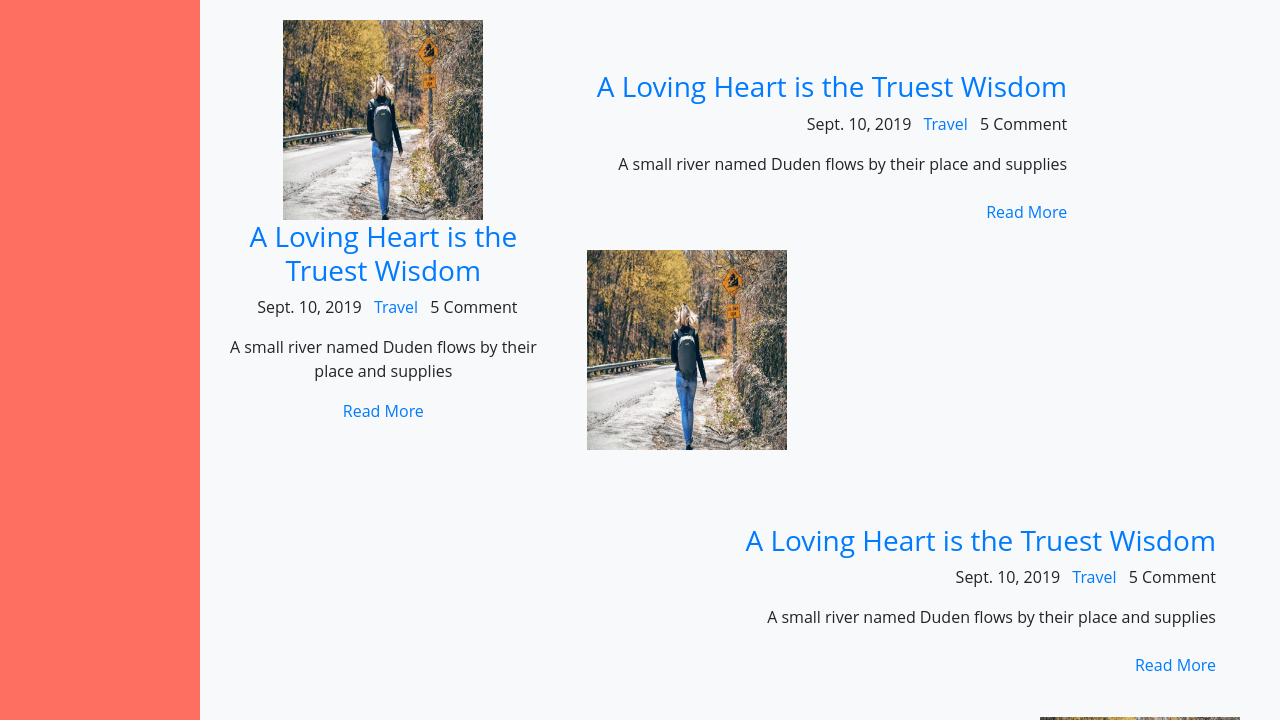
Repository: tts2610/GoogleNews
Page: index.html
The author's editor kept a copy of each file at every save. The page is drawn from the files as they stood at one save, then again after the next save.
The browser window is 1280 px wide. The pictures show the whole page.
The page's requests for data from a server got no answer. An inner scrolling area shows only its first screen. Some web libraries are served in a nearby version.

Above is the page before, as saved 2020-05-20 22:36:32.

### index.html
<!DOCTYPE html>
<html lang="en">

<head>
    <meta charset="UTF-8">
    <meta name="viewport" content="width=device-width, initial-scale=1.0">
    <title>Document</title>
    <link rel="stylesheet" href="https://maxcdn.bootstrapcdn.com/bootstrap/4.4.1/css/bootstrap.min.css">

    <!-- jQuery library -->
    <script src="https://ajax.googleapis.com/ajax/libs/jquery/3.5.1/jquery.min.js"></script>

    <!-- Popper JS -->
    <script src="https://cdnjs.cloudflare.com/ajax/libs/popper.js/1.16.0/umd/popper.min.js"></script>

    <!-- Latest compiled JavaScript -->
    <script src="https://maxcdn.bootstrapcdn.com/bootstrap/4.4.1/js/bootstrap.min.js"></script>
    <link rel="stylesheet" href="css/style.css">

    <link href="https://unpkg.com/aos@2.3.1/dist/aos.css" rel="stylesheet">

    <link rel="stylesheet" href="https://cdnjs.cloudflare.com/ajax/libs/animate.css/4.0.0/animate.min.css" />
    <script src="js/moment.js"></script>
</head>

<body>
    <div class="myContainer">
        <div class="sidenav">
            <ul id="sideNav">
                <!-- <li></li>
                <li></li>
                <li></li> -->
            </ul>
        </div>
        <div class="content" id="myContent">

            <div class="row">
                <div class="col-4">
                    <div class="blog-entry-left">
                        <div>
                            <img src="img/image_8.jpg" width="200" height="200">
                        </div>
                        <div class="text" style="text-align: center;">
                            <h3 class=""><a href="single.html">A Loving Heart is the Truest Wisdom</a></h3>
                            <div class="meta-wrap">
                                <p class="meta">
                                    <span><i class="icon-calendar mr-2"></i>Sept. 10, 2019</span>
                                    <span><a href="single.html"><i class="icon-folder-o mr-2"></i>Travel</a></span>
                                    <span><i class="icon-comment2 mr-2"></i>5 Comment</span>
                                </p>
                            </div>
                            <p class="">A small river named Duden flows by their place and supplies</p>
                            <p><a href="#" class="btn-custom">Read More <span class="ion-ios-arrow-forward"></span></a></p>
                        </div>
                    </div>
                </div>
                <div class="col-8">
                    <div class="row" id='container-row'>

                        <div class="row">
                            <div class="blog-entry">
                                <div class="text">
                                    <h3 class="mb-2"><a href="single.html">A Loving Heart is the Truest Wisdom</a></h3>
                                    <div class="meta-wrap">
                                        <p class="meta">
                                            <span><i class="icon-calendar mr-2"></i>Sept. 10, 2019</span>
                                            <span><a href="single.html"><i class="icon-folder-o mr-2"></i>Travel</a></span>
                                            <span><i class="icon-comment2 mr-2"></i>5 Comment</span>
                                        </p>
                                    </div>
                                    <p class="mb-4">A small river named Duden flows by their place and supplies</p>
                                    <p><a href="#" class="btn-custom">Read More <span class="ion-ios-arrow-forward"></span></a></p>
                                </div>
                            </div>
                            <div class="news-img"><img src="img/image_8.jpg" width="200" height="200"></div>
                        </div>
                        <div class="row">
                            <div class="blog-entry">
                                <div class="text text-2 text-md-right p-4">
                                    <h3 class="mb-2"><a href="single.html">A Loving Heart is the Truest Wisdom</a></h3>
                                    <div class="meta-wrap">
                                        <p class="meta">
                                            <span><i class="icon-calendar mr-2"></i>Sept. 10, 2019</span>
                                            <span><a href="single.html"><i class="icon-folder-o mr-2"></i>Travel</a></span>
                                            <span><i class="icon-comment2 mr-2"></i>5 Comment</span>
                                        </p>
                                    </div>
                                    <p class="mb-4">A small river named Duden flows by their place and supplies</p>
                                    <p><a href="#" class="btn-custom">Read More <span class="ion-ios-arrow-forward"></span></a></p>
                                </div>
                                <div class="news-img"><img src="img/image_8.jpg" width="200" height="200"></div>
                            </div>
                        </div>


                        <!-- <div class="col-md-12">

                        </div> -->
                        <!-- <div class="col-md-12">

                        </div> -->
                    </div>
                </div>
            </div>
            <!-- <button type="button" id="loadMoreBtn" class="btn btn-success my-3" style="margin-left: 470px;">Load more...</button> -->
        </div>
    </div>

    <script src="js/script.js"></script>
    <script src="https://unpkg.com/aos@2.3.1/dist/aos.js"></script>
    <script>
        AOS.init();
    </script>
</body>

</html>

### css/style.css
body {
    margin: 0;
    font-family: 'Open Sans', sans-serif;
}

.myContainer {
    display: flex;
    justify-content: start;
}

.sidenav {
    min-height: 100vh;
    width: 200px;
    float: left;
    position: relative;
    background-color: #FF6F61;
}

#sideNav {
    overflow-y: scroll;
}

.content {
    height: 100vh;
    width: calc(100% - 200px);
    float: right;
    position: relative;
    background-color: #f8f9fa;
    overflow-y: scroll;
}

.blog-entry-left {
    display: flex;
    flex-direction: column;
    align-items: center;
}

.blog-entry {
    padding: 10px;
}

.row {
    padding: 20px;
    font-size: medium;
    text-align: right;
}

#container-row {
    display: flex;
    justify-content: flex-end;
}

button {
    margin-left: 500px;
}

### js/script.js
let newsList = [];
const apiKey = "2dc86bcdc7184b17b45b74b30858f75a"
let page = 1;
let pageSize = 6;
let categoryList = [];
let q = "apple";

const loadNews = async(page) => {
    let sources = [];
    $("input:checkbox:checked").each(function() {
        sources.push($(this).val());
    });
    let url;
    if (!sources.length)
        url = `https://newsapi.org/v2/top-headlines?q=${q}&apiKey=${apiKey}&page=${page}&pageSize=${pageSize}`;
    else {
        let sourceStr = sources.join(",");
        url = `https://newsapi.org/v2/top-headlines?q=${q}&page=${page}&pageSize=${pageSize}&sources=${sourceStr}&apiKey=${apiKey}`
    }



    let data = await fetch(url);
    let result = await data.json();
    $("#myContent").empty();
    $("#myContent").append(render(result));
    $('#myContent').append(`<button onclick="loadMoreFunction()" id="loadMoreBtn" type="button" class="btn btn-success my-4">Load more</button>`);
    $('#myContent').append(`<div id="currentNews" style="text-align:right;">Shown : ${result.articles.length} news</div>`);
}

$(document).ready(function() {
    countCategory();
    // loadNews(page);

});

async function countCategory() {
    let filterUrl = `https://newsapi.org/v2/top-headlines?q=${q}&apiKey=${apiKey}`;
    let filterData = await fetch(filterUrl);
    let result = await filterData.json();
    result.articles.forEach((x, i) => {
        addToDictionary(x.source);
    });
    reloadFilter();
}


function loadMoreFunction() {
    page++;
    $("#loadMoreBtn").remove();
    $("#currentNews").remove();
    loadNews(page);
}

function reloadFilter() {
    $("#sideNav").empty();
    categoryList.forEach(element => {
        let html = `<div class="form-check">
                        <input class="form-check-input" onchange="loadNews(1);" type="checkbox" id="${element.id}" value="${element.id}">
                        <label class="form-check-label">${element.category}(${element.count})</label>
                    </div>`;
        $("#sideNav").append(html);
    });
}

function addToDictionary(x) {
    let flag;
    for (let i = 0; i < categoryList.length; i++) {
        if (categoryList[i].id == x.id) {
            categoryList[i].count++;
            flag = true;
        }
    }
    if (!flag)
        categoryList.push({ id: x.id, category: x.name, count: 1 })
}

function render(result) {
    let innerHtml = '';
    let firstNum = 0;
    let midNum;
    let lastNum;
    result.articles.forEach((x, i) => {
        if (i == firstNum) {
            innerHtml += `<div class="row animate__animated animate__fadeInUp">
            <div class="col-4">
                <div class="blog-entry-left">
                    <div>
                        <img src="${x.urlToImage}" width="200" height="200">
                    </div>
                    <div class="text">
                        <h3 class=""><a href="single.html">${x.title}</a></h3>
                        <div class="meta-wrap">
                            <p class="meta">
                                <span><i class="icon-calendar mr-2"></i>${moment(x.publishedAt).fromNow()}</span>
                                <span><a href="single.html"><i class="icon-folder-o mr-2"></i>${x.source.name}</a></span>
                                <span><i class="icon-comment2 mr-2"></i>5 Comment</span>
                            </p>
                        </div>
                        <p class="">${x.description}</p>
                        <p><a href="#" class="btn-custom">Read More <span class="ion-ios-arrow-forward"></span></a></p>
                    </div>
                </div>
            </div>`
            midNum = i + 1;
            firstNum = firstNum + 3;
        }
        if (i == midNum) {
            innerHtml += `<div class="col-8">
            <div class="row">
                <div class="col-md-12">
                    <div class="blog-entry">
                        <div class="text text-2 text-md-right pr-4">
                            <h3 class="mb-2"><a href="single.html">${x.title}</a></h3>
                            <div class="meta-wrap">
                                <p class="meta">
                                    <span><i class="icon-calendar mr-2"></i>${moment(x.publishedAt).fromNow()}</span>
                                    <span><a href="single.html"><i class="icon-folder-o mr-2"></i>${x.source.name}</a></span>
                                    <span><i class="icon-comment2 mr-2"></i>5 Comment</span>
                                </p>
                            </div>
                            <p class="mb-4">${x.description}</p>
                            <p><a href="#" class="btn-custom">Read More <span class="ion-ios-arrow-forward"></span></a></p>
                        </div>
                        <div class="news-img"><img src="${x.urlToImage}" width="200" height="200"></div>
                    </div>
                </div>`
            lastNum = i + 1;
        }
        if (i == lastNum) {
            innerHtml += `<div class="col-md-12">
            <div class="blog-entry ftco-animate d-md-flex align-items-center">
                <div class="text text-2 text-md-right pr-4">
                    <h3 class="mb-2"><a href="single.html">${x.title}</a></h3>
                    <div class="meta-wrap">
                        <p class="meta">
                            <span><i class="icon-calendar mr-2"></i>${moment(x.publishedAt).fromNow()}</span>
                            <span><a href="single.html"><i class="icon-folder-o mr-2"></i>${x.source.name}</a></span>
                            <span><i class="icon-comment2 mr-2"></i>5 Comment</span>
                        </p>
                    </div>
                    <p class="mb-4">${x.description}</p>
                    <p><a href="#" class="btn-custom">Read More <span class="ion-ios-arrow-forward"></span></a></p>
                </div>
                <div class="news-img"><img src="${x.urlToImage}" width="200" height="200"></div>
            </div>
        </div>
    </div>
</div>
</div>
`
        }


    });
    return innerHtml;
}

Loaded but not shown: js/moment.js (library)

After the next save:
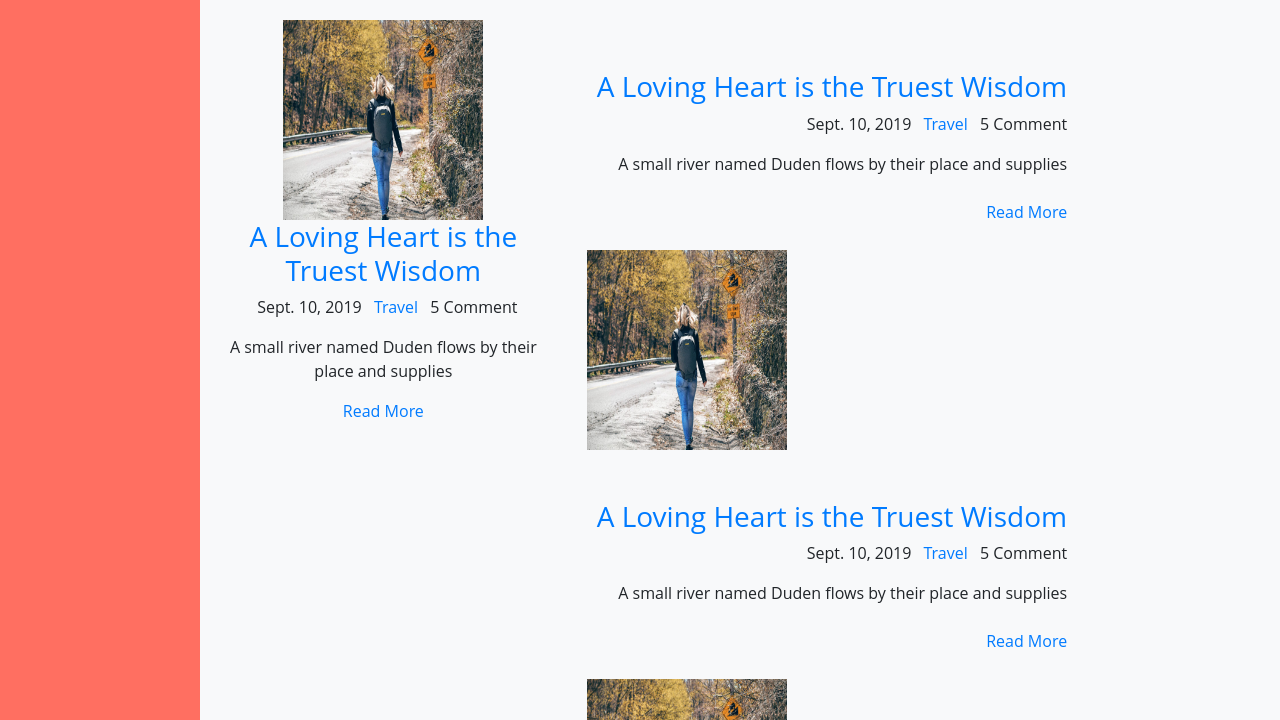
Saved 47 s later.
--- a/index.html
+++ b/index.html
@@ -76,7 +76,7 @@
                         </div>
                         <div class="row">
                             <div class="blog-entry">
-                                <div class="text text-2 text-md-right p-4">
+                                <div class="text">
                                     <h3 class="mb-2"><a href="single.html">A Loving Heart is the Truest Wisdom</a></h3>
                                     <div class="meta-wrap">
                                         <p class="meta">
@@ -88,8 +88,8 @@
                                     <p class="mb-4">A small river named Duden flows by their place and supplies</p>
                                     <p><a href="#" class="btn-custom">Read More <span class="ion-ios-arrow-forward"></span></a></p>
                                 </div>
-                                <div class="news-img"><img src="img/image_8.jpg" width="200" height="200"></div>
                             </div>
+                            <div class="news-img"><img src="img/image_8.jpg" width="200" height="200"></div>
                         </div>
 
 
